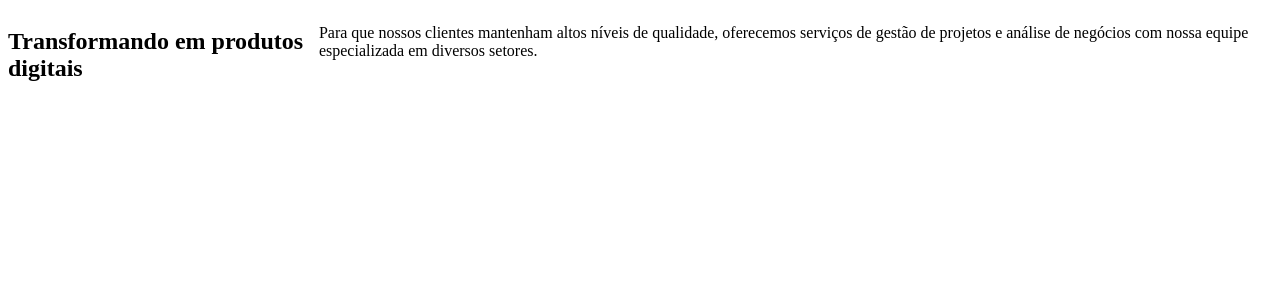
Repository: kleber-goncalves/Landing-Page-Gestao-de-projetos-dnc
Page: index.html
The author's editor kept a copy of each file at every save. The page is drawn from the files as they stood at one save, then again after a run of saves.
The browser window is 1280 px wide. The pictures show the whole page.

Above is the page before, as saved 2025-01-04 14:27:17.

### index.html
<!DOCTYPE html>
<html lang="pt-br">
<head>
    <meta charset="UTF-8">
    <meta name="viewport" content="width=device-width, initial-scale=1.0">
    <link rel="stylesheet" href="style.css">
    <title>Document</title>
</head>
<body>
    <main>
        <section id="topo" >
            <div>

            </div>
            <h1>Transformando em produtos digitais</h1>
            <p>Para que nossos clientes mantenham altos níveis de qualidade, oferecemos serviços de gestão de projetos e análise de negócios com nossa equipe especializada em diversos setores.</p>
        </section>
    </main>
</body>
</html>

### style.css
#topo {
    display:flex ;

}

After the next 3 saves:
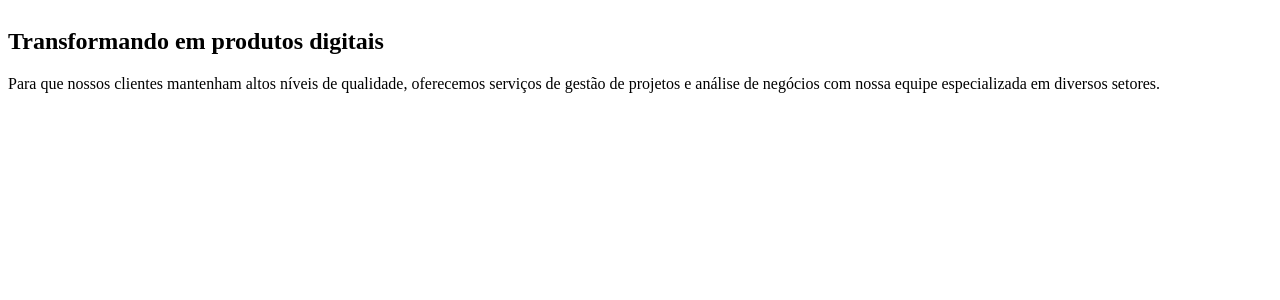
The 3 saves are shown as one change because they came seconds apart.
The last was saved 17 s later.
--- a/index.html
+++ b/index.html
@@ -11,9 +11,9 @@
         <section id="topo" >
             <div>
 
+                <h1>Transformando em produtos digitais</h1>
+                <p>Para que nossos clientes mantenham altos níveis de qualidade, oferecemos serviços de gestão de projetos e análise de negócios com nossa equipe especializada em diversos setores.</p>
             </div>
-            <h1>Transformando em produtos digitais</h1>
-            <p>Para que nossos clientes mantenham altos níveis de qualidade, oferecemos serviços de gestão de projetos e análise de negócios com nossa equipe especializada em diversos setores.</p>
         </section>
     </main>
 </body>
